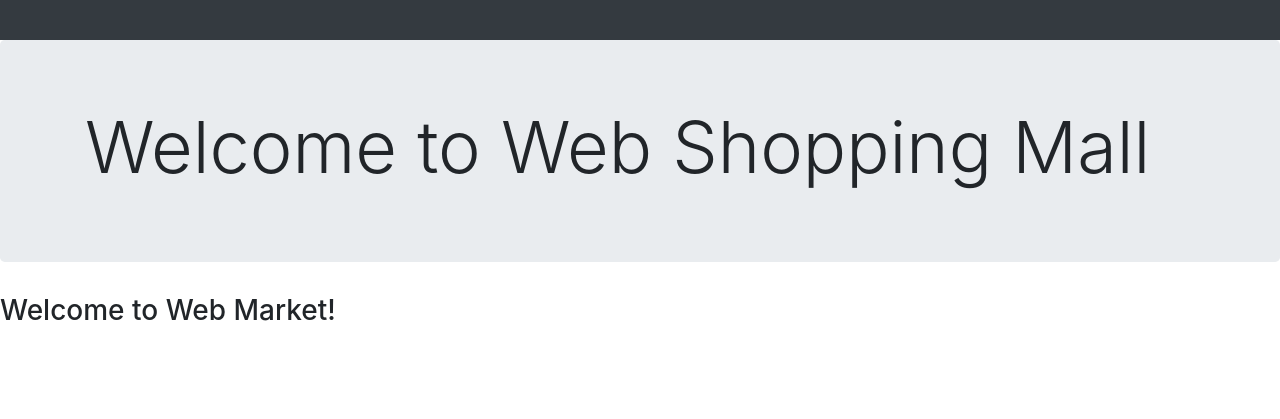
Repository: lhj257/jspwrokspace
Page: http://localhost/WebMarket/welcome.jsp
The author's editor kept a copy of each file at every save. The page is drawn from the files as they stood at one save, then again after the next save.
The browser window is 1280 px wide. The pictures show the whole page.
The page is served by Tomcat 9. Nobody is signed in. The application's start-up code is not run. Other server files are loaded and not shown.

Above is the page before, as saved 2023-08-22 05:27:01.

### WebMarket/src/main/webapp/welcome.jsp
<%@ page language="java" contentType="text/html; charset=EUC-KR"
	pageEncoding="EUC-KR"%>
<!DOCTYPE html>
<html>
<head>
<meta charset="EUC-KR">
<title>Welcome</title>
<link rel="stylesheet"
	href="https://cdn.jsdelivr.net/npm/bootstrap@4.0.0/dist/css/bootstrap.min.css"
	integrity="sha384-Gn5384xqQ1aoWXA+058RXPxPg6fy4IWvTNh0E263XmFcJlSAwiGgFAW/dAiS6JXm"
	crossorigin="anonymous">
</head>
<body>
	<nav class="navbar navbar-expand navbar-dark bg-dark">
		<div class="container">
			<div class="navbar-header">
				<a class="navbar-brand" href="./welcome.jsp"></a>
			</div>
		</div>
	</nav>
	<%!String greeting = "Welcome to Web Shopping Mall";
	String tagline = "Welcome to Web Market!";%>
	<div class="jumbotron">
		<div class="container">
			<h1 class="display-3"><%=greeting%></h1>
		</div>
	</div>
	<h3><%=tagline%></h3>
</body>
</html>

After the next save:
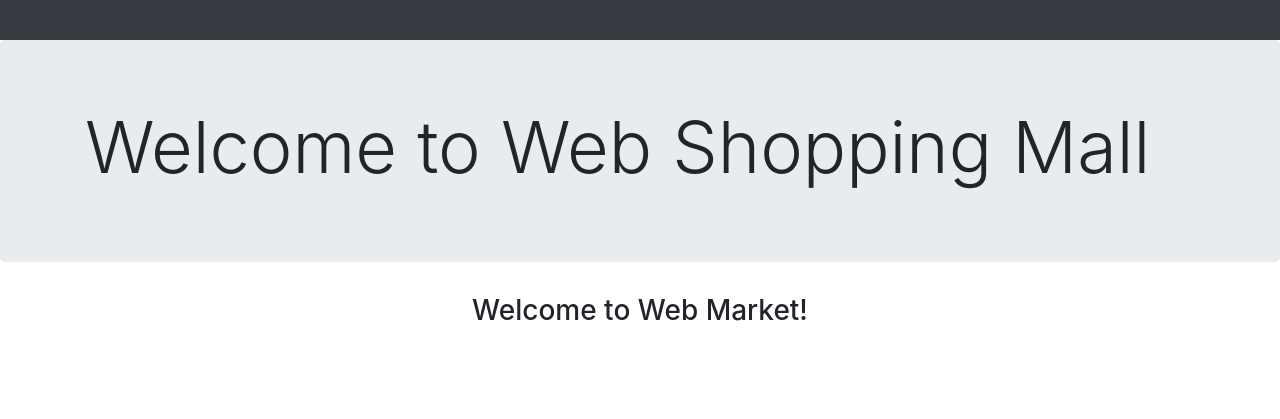
Saved 53 s later.
--- a/WebMarket/src/main/webapp/welcome.jsp
+++ b/WebMarket/src/main/webapp/welcome.jsp
@@ -25,6 +25,10 @@
 			<h1 class="display-3"><%=greeting%></h1>
 		</div>
 	</div>
-	<h3><%=tagline%></h3>
+	<div class="container">
+		<div class="text-center">
+			<h3><%=tagline%></h3>
+		</div>
+	</div>
 </body>
 </html>

After the save that followed:
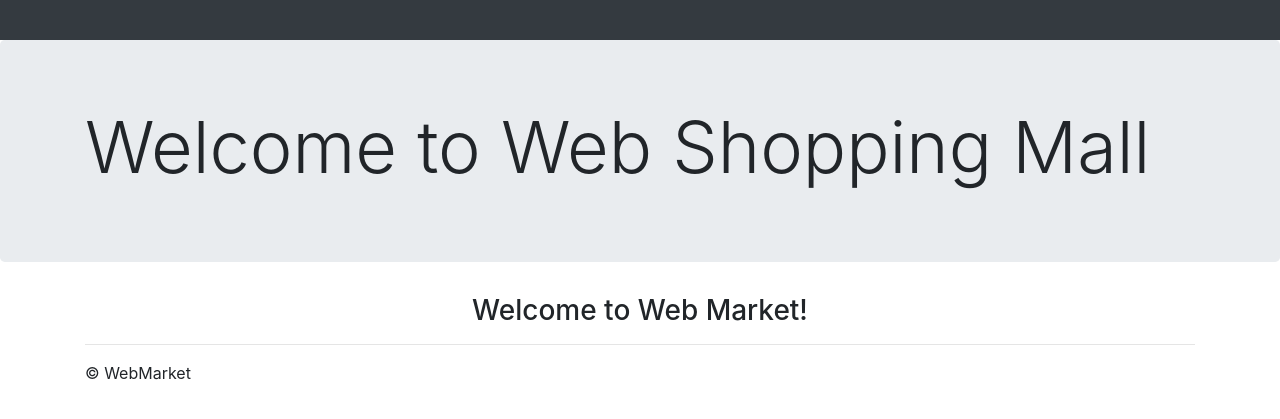
Saved 50 s later.
--- a/WebMarket/src/main/webapp/welcome.jsp
+++ b/WebMarket/src/main/webapp/welcome.jsp
@@ -29,6 +29,10 @@
 		<div class="text-center">
 			<h3><%=tagline%></h3>
 		</div>
+		<hr>
 	</div>
+	<footer class="container">
+		<p>&copy; WebMarket</p>
+	</footer>
 </body>
 </html>
